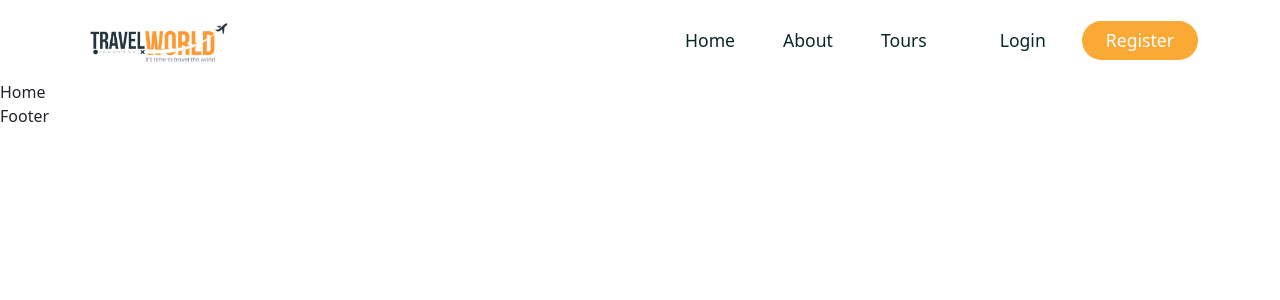
Repository: remydev47/travell-agency
Page: /
The author's editor kept a copy of each file at every save. The page is drawn from the files as they stood at one save, then again after the next save.
The browser window is 1280 px wide. The pictures show the whole page.
Some web fonts or font styles are not loaded; a fallback is used. The project was rebuilt for these pictures with package versions that can differ from the ones it lists, and the page was loaded fresh each time. Also part of the build but not shown: vite.config.js, src/pages/Login.jsx, src/pages/TourDetails.jsx, src/pages/Tours.jsx, src/pages/SearchResultList.jsx, src/pages/Register.jsx.

Above is the page before, as saved 2023-01-31 11:16:11.

### src/main.jsx
import React from 'react'
import ReactDOM from 'react-dom/client'
import App from './App'
import "bootstrap/dist/css/bootstrap.min.css";
import "remixicon/fonts/remixicon.css";
import "slick-carousel/slick/slick.css";
import "slick-carousel/slick/slick-theme.css";
import { BrowserRouter } from 'react-router-dom';

ReactDOM.createRoot(document.getElementById('root')).render(
  <React.StrictMode>
    <BrowserRouter>
      <App />
    </BrowserRouter>
  </React.StrictMode>,
)

### src/App.jsx
import { useState } from 'react'
import './App.css'
import Layout from './components/Layout/Layout'

function App() {
  return (
    <>
      <Layout />
    </>
  )
}

export default App

### src/components/Layout/Layout.jsx
import React from 'react';
import Header from '../Header/Header';
import Footer from '../Footer/Footer';
import Routers from '../../router/Routers';

const Layout = () => {
  return (
   <>
     <Header />
     <Routers />
     <Footer />
   </>
  )
}

export default Layout

### src/components/Header/Header.jsx
import React from 'react';
import { Container, Row, Button } from 'reactstrap';
import { NavLink, Link  } from 'react-router-dom';
import logo from "../../assets/images/logo.png";
import './header.css';

const nav__links=[
  {
    path:'/home',
    display: 'Home'
  },
  {
    path:'#',
    display: 'About'
  },
  {
    path:'/tours',
    display: 'Tours'
  },
]

const Header = () => {
  return (
    <header className="header">
      <Container>
        <Row>
          <div className="nav__wrapper d-flex align-items-center
           justify-content-between ">
            {/* Logo start */}
            <div className="logo">
              <img src={logo} />
            </div>
            {/* Logo ends */}

            {/* menu starts */}
            <div className="navigation">
              <ul className="menu d-flex align-items-center gap-5">
                {nav__links.map((item, index) => (
                  <li className="nav__item">
                    <NavLink to={item.path}>
                      {item.display}
                    </NavLink>
                  </li>
                ))}
              </ul>
            </div>
            {/* menu ends */}

            <div className="nav__right d-flex align-items-center gap-4">
              <div className="nav__btns d-flex align-items-center gap-4">
                <Button className='btn secondary__btn '>
                  <Link to="/login">Login</Link>
                </Button>

                <Button className='btn primary__btn '>
                  <Link to="/register">Register</Link>
                </Button>
              </div>
            </div>

          </div>
        </Row>
      </Container>
    </header>
  )
}

export default Header

### src/router/Routers.js
import React from 'react';
import { Routes, Route, Navigate } from 'react-router-dom';

import { SearchResultList, Tours, TourDetails, Login, Register, Home } from '../pages';

const Routers = () => {
  return (
    <Routes>
        <Route path="/" element={<Navigate to='/home' />} />
        <Route path="/home" element={<Home />} />
        <Route path="/tours" element={<Tours />} />
        <Route path="/tours:id" element={<TourDetails />} />
        <Route path="/login" element={<Login />} />
        <Route path="/register" element={<Register />} />
        <Route path="/tours/search" element={<SearchResultList />} />
    </Routes>
  )
}

export default Routers

### src/components/Header/header.css
.header{
    width: 100%;
    height: 80px;
    line-height: 80px;
}

.logo img{
    width: 30%;
}

.menu{
    margin-bottom: 0;
}

.nav__item a{
    text-decoration: none;
    color: var(--heading-color);
    font-weight: 500;
    font-size: 1.1rem;
}

.nav__item a:hover{
    color: inherit;
}

.nav__item a.active__link{
    color: var(--secondary-color);
}

.mobile__menu{
    font-size: 1.3rem;
    color: var(--heading-color);
    display: none;
}

### src/pages/index.js
import Home from "./Home"
import Login from "./Login";
import TourDetails from "./TourDetails";
import Tours from "./Tours";
import SearchResultList from "./SearchResultList";
import Register from "./Register";

export {
    Home, Tours, TourDetails, Login, SearchResultList, Register
}

Loaded but not shown: index.html (common file); src/App.css (common file); src/components/Footer/Footer.jsx (common file); src/pages/Home.jsx (common file)

After the next save:
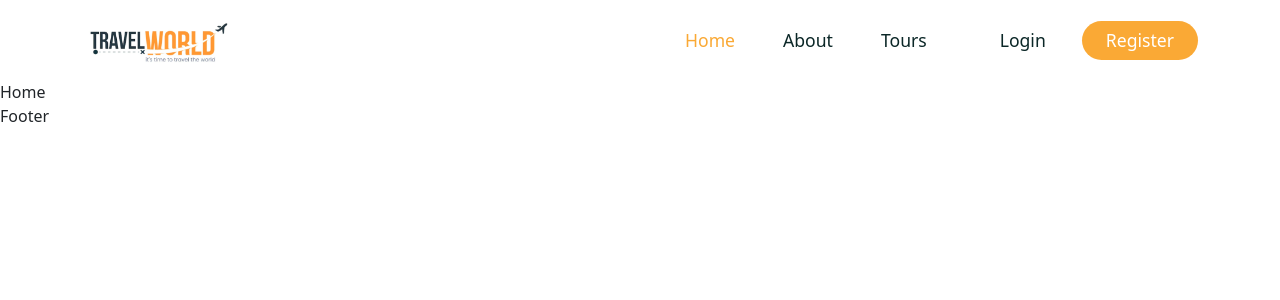
Saved 5 min 30 s later.
--- a/src/components/Header/Header.jsx
+++ b/src/components/Header/Header.jsx
@@ -10,7 +10,7 @@ const nav__links=[
     display: 'Home'
   },
   {
-    path:'#',
+    path:'/about',
     display: 'About'
   },
   {
@@ -36,8 +36,11 @@ const Header = () => {
             <div className="navigation">
               <ul className="menu d-flex align-items-center gap-5">
                 {nav__links.map((item, index) => (
-                  <li className="nav__item">
-                    <NavLink to={item.path}>
+                  <li className="nav__item" key={index}>
+                    <NavLink
+                     to={item.path}
+                     className={navClass=> navClass.isActive ? 'active__link' : ''}
+                     >
                       {item.display}
                     </NavLink>
                   </li>
